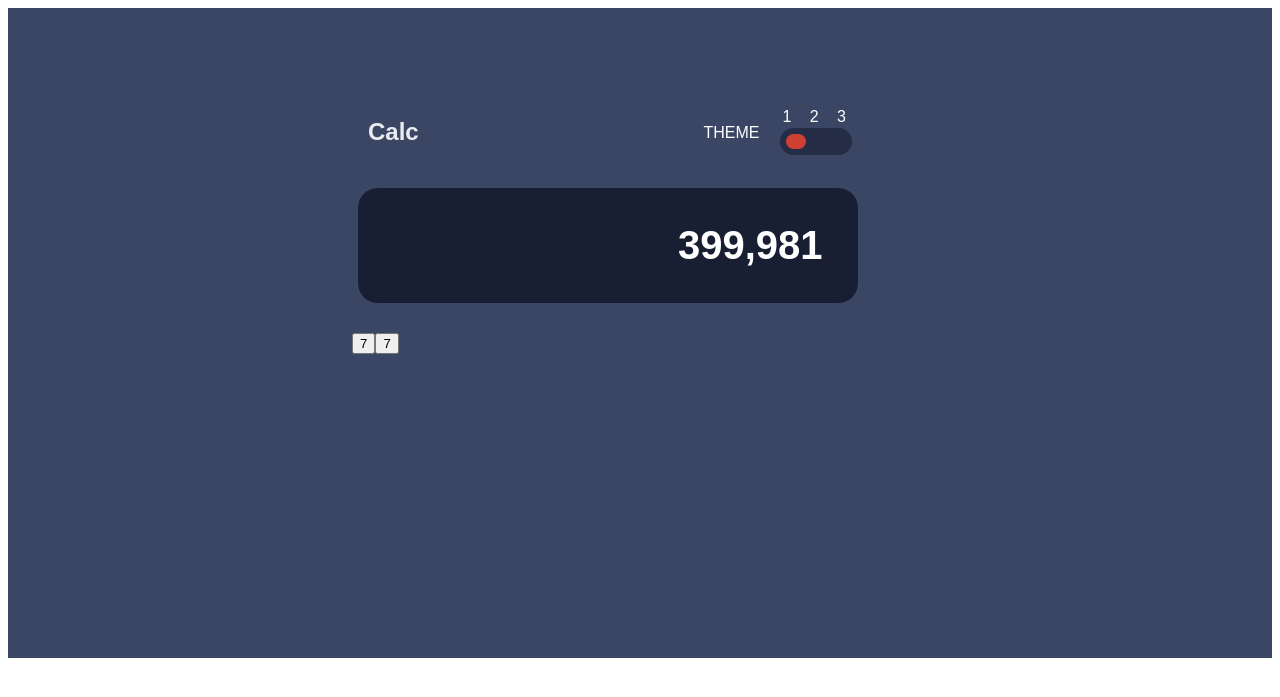
Repository: Bakyproit/Calcutor
Page: SimpleCalculatorApp.html
The author's editor kept a copy of each file at every save. The page is drawn from the files as they stood at one save, then again after a run of saves.
The browser window is 1280 px wide. The pictures show the whole page.

Above is the page before, as saved 2022-02-09 16:16:00.

After the next 2 saves:
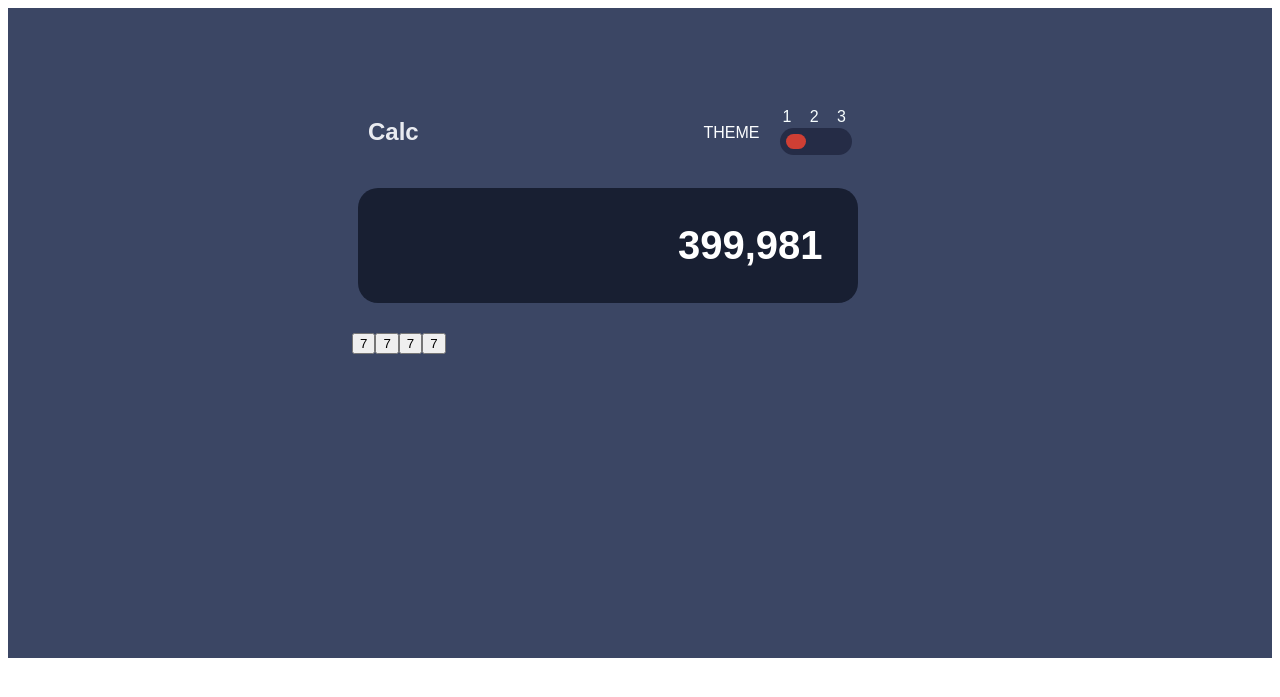
The 2 saves are shown as one change because they came seconds apart.
The last was saved 6 s later.
--- a/SimpleCalculatorApp.html
+++ b/SimpleCalculatorApp.html
@@ -41,6 +41,9 @@
                 <div class="app__content-number row">
                         <button class="number">7</button>
                         <button class="number">7</button>
+                        <button class="number">7</button>
+                        <button class="number">7</button>
+
 
 
 
